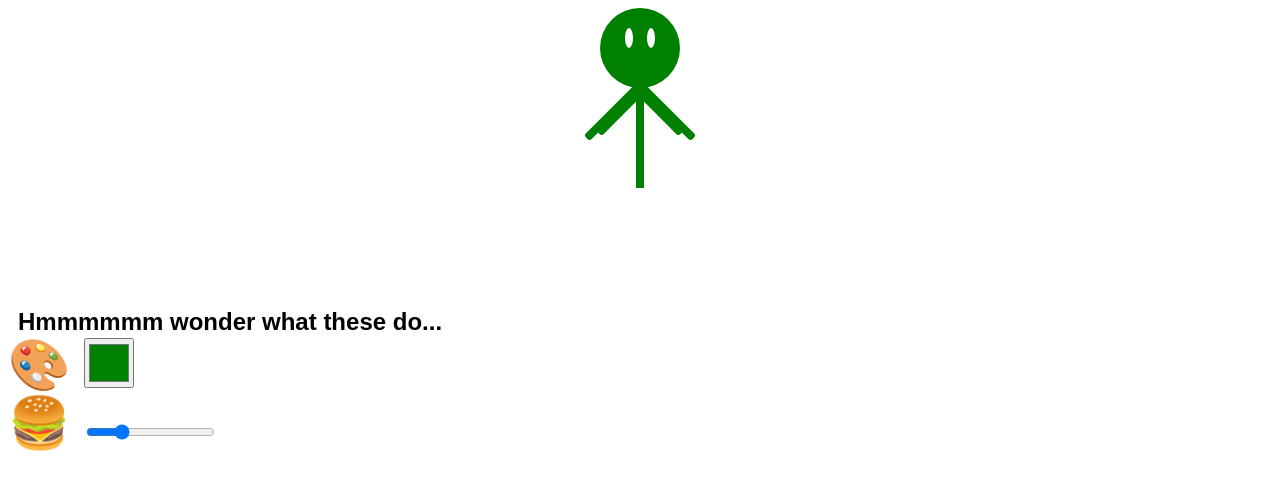
Repository: popcorn245/stick-universe
Page: index.html
These files come from the project's save history. The page is drawn as it stood at one moment and after the next save; the edit follows.
The browser window is 1280 px wide. The pictures show the whole page.

Above is the page before, as saved 2021-11-25 23:08:07.

After the next save:
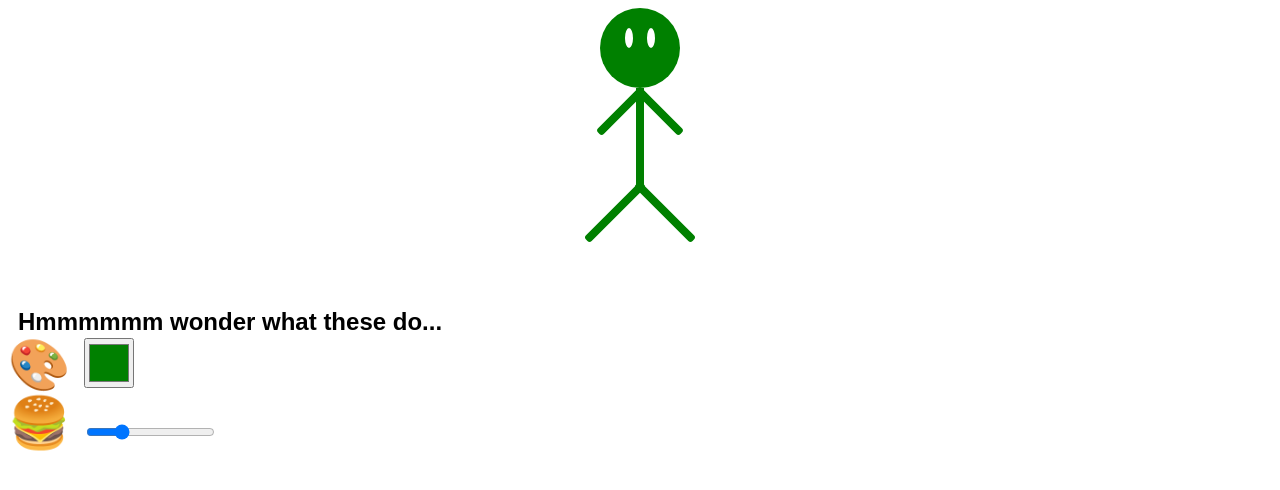
Saved 4 s later.
--- a/index.html
+++ b/index.html
@@ -100,7 +100,7 @@
       }
 
       #stickman .leg {
-        top: 98px;
+        top: 200px;
         width: 80px;
       }
 
